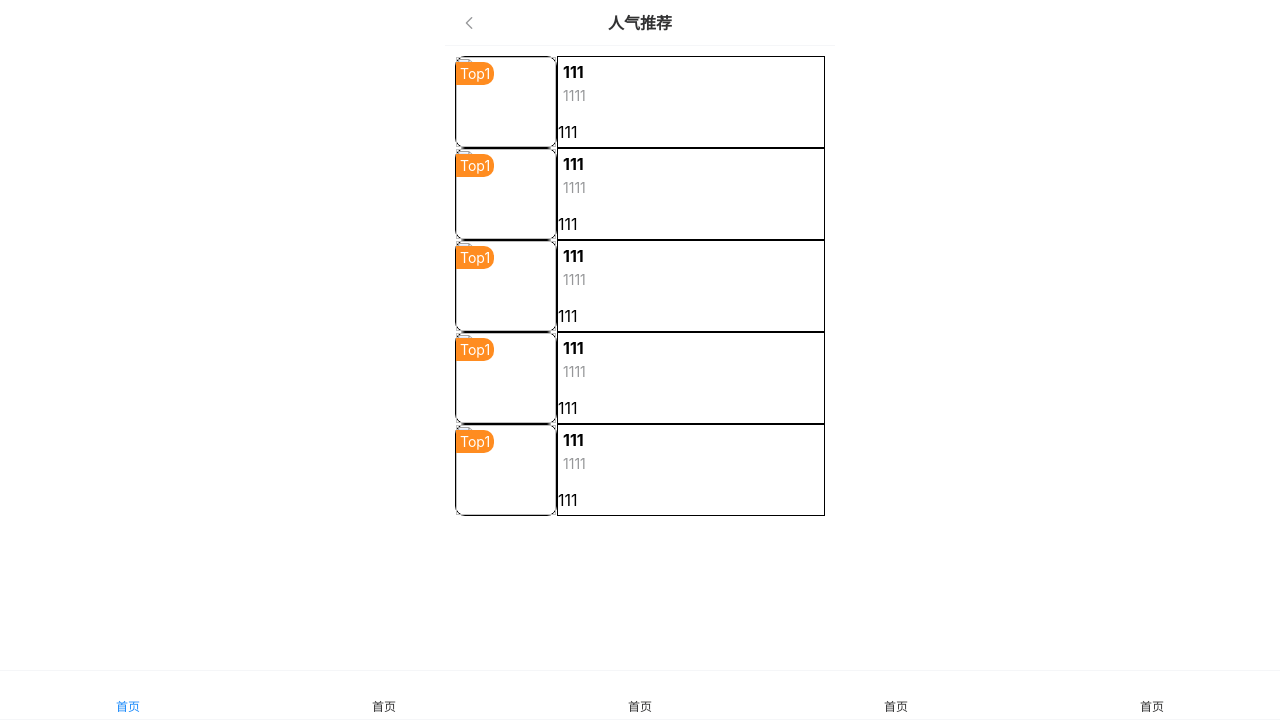
Repository: LXRL/eshop
Page: /#/homePopularity
An editor plug-in stored every save of this project. The page is shown before and after a run of saves, followed by the edit.
The browser window is 1280 px wide. The pictures show the whole page.
The project was rebuilt for these pictures with package versions that can differ from the ones it lists, and the page was loaded fresh each time. Also part of the build but not shown: vue.config.js, src/components/homeGridDetails.vue.

Above is the page before, as saved 2024-12-11 22:45:10.

### src/main.js
import { createApp } from 'vue'
import App from './App.vue'
import router from "./router/indes"
import './assets/css/index.css'

createApp(App).use(router).mount('#app')

### src/components/footer.vue
<template>
    <div class="footer">
        <van-tabbar v-model="active">
            <template v-for="(item, index) in 5">
                <van-tabbar-item to="/home">
                    <span>首页</span>
                    <template #icon>
                        <img src="" alt="">
                    </template>
                </van-tabbar-item>
            </template>
        </van-tabbar>

    </div>
</template>

<script setup>
import { ref } from 'vue'
const active = ref(0);

</script>

<style lang="less" scoped></style>

### src/App.vue
<template>
    <div class="Vue">
        <router-view></router-view>
        <Footer></Footer>
    </div>
</template>

<script setup>
import { ref } from 'vue'
import Footer from './components/footer.vue';

</script>

<style lang="less" scoped>
Footer {
    position: fixed;
    bottom: 0;
    left: 0;
}
</style>

### src/router/indes.js
import { createRouter, createWebHashHistory } from "vue-router";
const router = createRouter({
    history: createWebHashHistory(),
    routes: [
        {
            path: '/',
            redirect: '/home'
        },
        {
            path: '/home',
            component: () => import("../views/home/home.vue")
        },
        {
            path: '/homeWeekly',
            component: () => import('../views/home/homeWeekly.vue')
        },
        {
            path: '/homePopularity',
            component: () => import('../views/home/homePopularity.vue')
        },
        {
            path: '/sort',
            component: () => import("../views/sort/sort.vue")
        },
        {
            path: '/message',
            component: () => import("../views/message/message.vue")
        },
        {
            path: '/shopping',
            component: () => import("../views/shopping/shopping.vue")
        },
        {
            path: '/me',
            component: () => import("../views/me/me.vue")
        },
    ]
})
export default router

### src/views/home/homePopularity.vue
<template>
    <div class="homePopularity">
        <van-nav-bar title="人气推荐" left-arrow @click-left="onClickLeft" />
        <div class="box">
            <template v-for="(item, index) in 5">
                <div class="info">
                    <div class="left">
                        <div class="icon">Top1</div>
                        <img src="" alt="">
                    </div>
                    <div class="right">
                        <h4>111</h4>
                        <p class="message">1111</p>
                        <p class="price">111</p>
                    </div>
                </div>
            </template>
        </div>
    </div>
</template>

<script setup>
import { ref } from 'vue'
</script>

<style lang="less" scoped>
.box {
    padding: 10px;

    .info {
        display: flex;

        .left {
            width: 100px;
            height: 90px;
            border: 1px solid black;
            border-radius: 10px;
            position: relative;

            .icon {
                position: absolute;
                top: 5px;
                left: 0;
                background-color: #FF8C20;
                padding: 3px 4px;
                color: white;
                border-top-right-radius: 10px;
                border-bottom-right-radius: 10px;
                font-size: 14px;
            }

            img {
                width: 100%;
                height: 100%;
            }
        }

        .right {
            position: relative;
            flex: 1;
            border: 1px solid black;
            padding: 5px;
            box-sizing: border-box;

            .message {
                font-size: 14px;
                color: #969799;
                margin-top: 5px;
            }

            .price {
                position: absolute;
                bottom: 5px;
                left: 0;
            }
        }
    }
}
</style>

### src/assets/css/reset.css
* {
    padding: 0;
    margin: 0;
}

ul {
    list-style: none;
}

a {
    color: black;
    text-decoration: none;
}

body {
    width: 390px;
    margin: 0 auto;

}

:root {
    --van-nav-bar-icon-color: #969799 !important;
}

Loaded but not shown: public/index.html (common file); src/assets/css/index.css (common file)

After the next 2 saves:
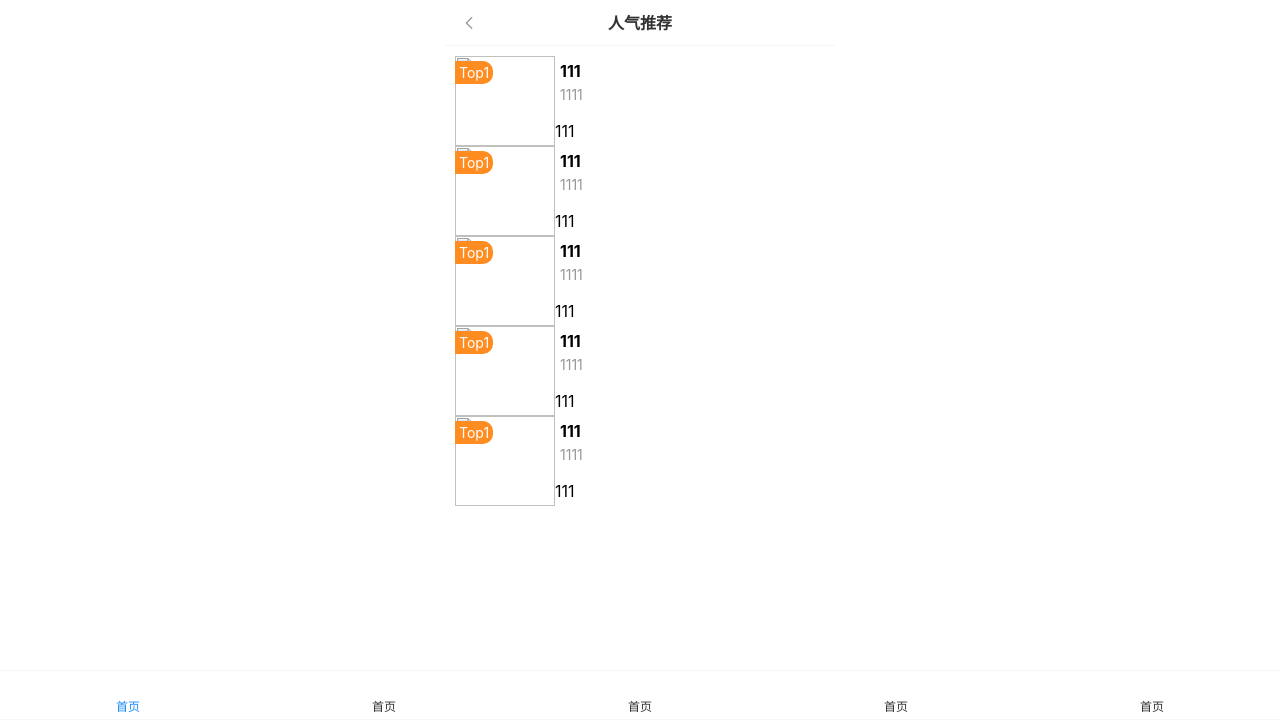
The 2 saves are shown as one change because they came seconds apart.
The last was saved 17 s later.
--- a/src/views/home/homePopularity.vue
+++ b/src/views/home/homePopularity.vue
@@ -33,7 +33,6 @@ import { ref } from 'vue'
         .left {
             width: 100px;
             height: 90px;
-            border: 1px solid black;
             border-radius: 10px;
             position: relative;
 
@@ -58,7 +57,6 @@ import { ref } from 'vue'
         .right {
             position: relative;
             flex: 1;
-            border: 1px solid black;
             padding: 5px;
             box-sizing: border-box;
 
